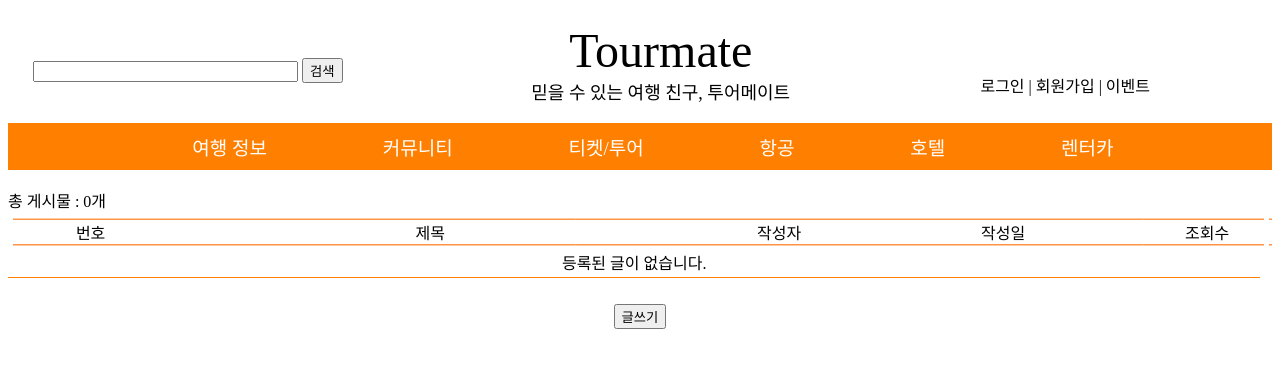
Repository: nohyoonko/2017-2-WP-Tourmate
Page: http://localhost/Tourmate/여행_후기.jsp
These files come from the project's save history. The page is drawn as it stood at one moment and after the next save; the edit follows.
The browser window is 1280 px wide. The pictures show the whole page.
The page is served by Tomcat 9. Queries for data that is not in the repository find no rows.

Above is the page before, as saved 2017-12-05 12:47:10.

After the next save:
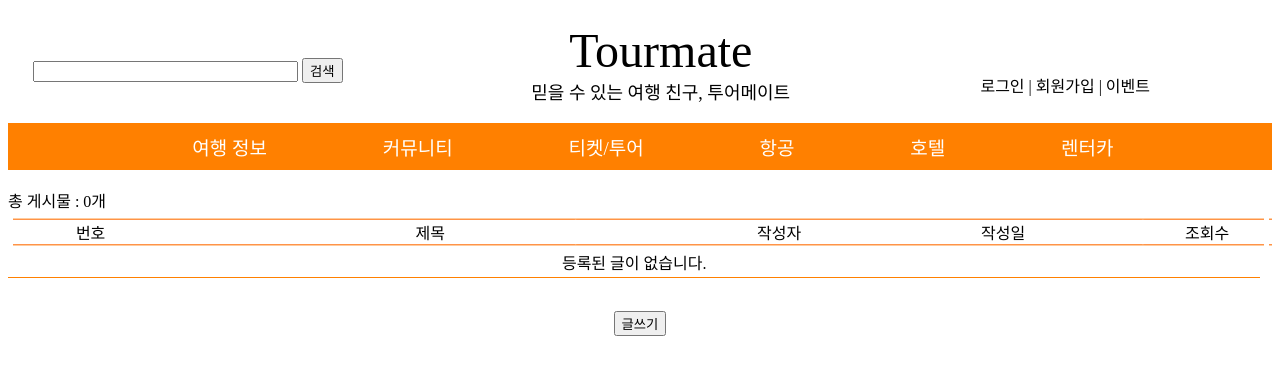
Saved 8 s later.
--- a/eclipse-workspace/Tourmate/WebContent/여행_후기.jsp
+++ b/eclipse-workspace/Tourmate/WebContent/여행_후기.jsp
@@ -47,7 +47,7 @@
  <title>투어메이트</title>
  <style>
 input.space {
- 	margin-top:3px;
+ 	margin-top:10px;
  }
  </style>
  </head>
